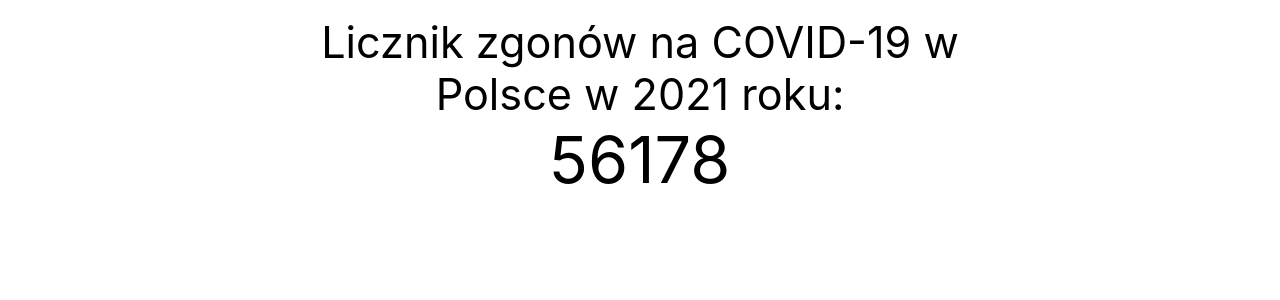
Repository: michalgornicki/poland-covid
Page: /
These files come from the project's save history. The page is drawn as it stood at one moment and after a run of saves; the edit follows.
The browser window is 1280 px wide. The pictures show the whole page.
The project was rebuilt for these pictures with package versions that can differ from the ones it lists, and the page was loaded fresh each time.

Above is the page before, as saved 2021-12-04 19:09:49.

After the next 2 saves:
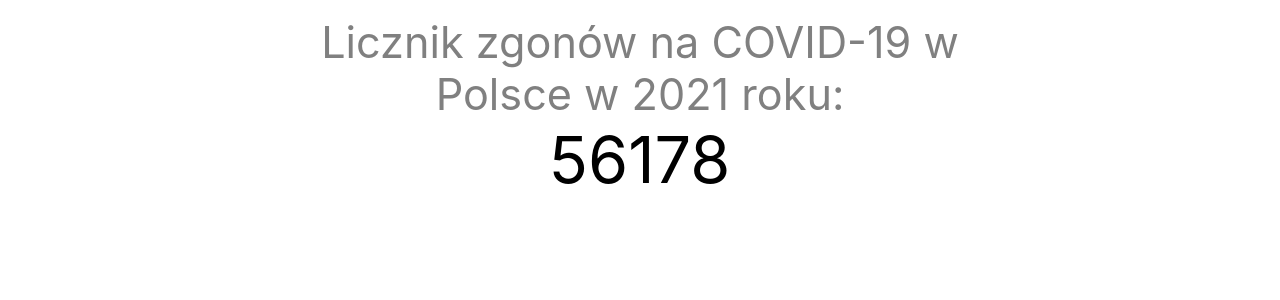
The 2 saves are shown as one change because they came seconds apart.
The last was saved 7 s later.
--- a/src/App.css
+++ b/src/App.css
@@ -4,6 +4,7 @@
     margin: auto;
     width: 50%;
     text-align: center;
+    color: gray;
 }
 
 .counter{
